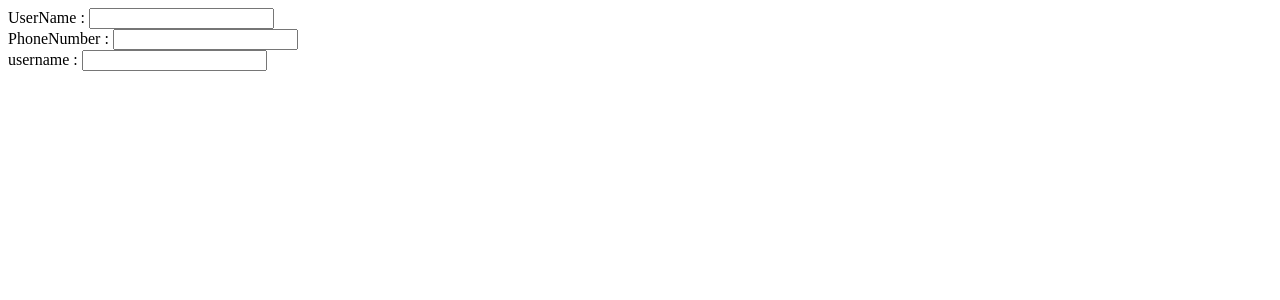
Repository: manikantakuchipudi/streamvedio
Page: http://localhost/CostEstimator/jsp/checkoutpage.jsp
The author's editor kept a copy of each file at every save. The page is drawn from the files as they stood at one save, then again after the next save.
The browser window is 1280 px wide. The pictures show the whole page.
The page is served by Tomcat 9. Other server files are loaded and not shown.

Above is the page before, as saved 2014-08-10 10:05:24.

### CostEstimator/WebContent/jsp/checkoutpage.jsp
<%@ page language="java" contentType="text/html; charset=ISO-8859-1"
    pageEncoding="ISO-8859-1"%>
<!DOCTYPE html PUBLIC "-//W3C//DTD HTML 4.01 Transitional//EN" "http://www.w3.org/TR/html4/loose.dtd">
<html>
<head>
<meta http-equiv="Content-Type" content="text/html; charset=ISO-8859-1">
<title>Insert title here</title>
</head>
<body>


<form>

<div>

<span> UserName :</span>
<input type ="text">
</div>

<div>

<span> PhoneNumber :</span>
<input type ="text">
</div>


<div>

<span> username :</span>
<input type ="text">
</div>




</form>

</body>
</html>

After the next save:
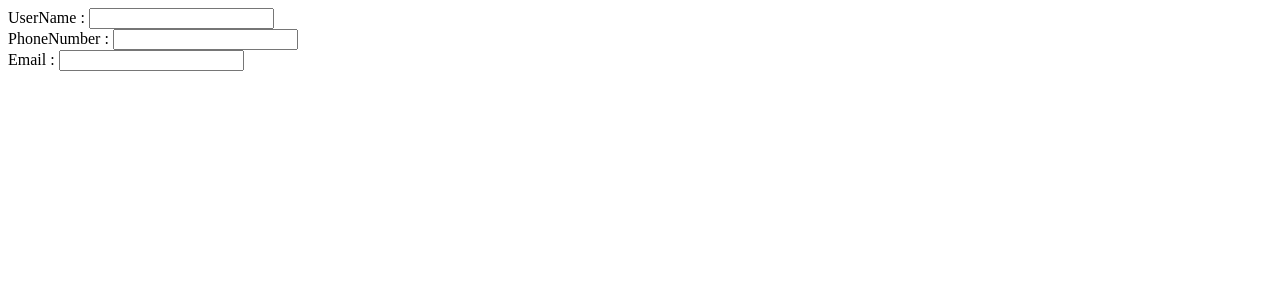
Saved 5 s later.
--- a/CostEstimator/WebContent/jsp/checkoutpage.jsp
+++ b/CostEstimator/WebContent/jsp/checkoutpage.jsp
@@ -26,7 +26,7 @@
 
 <div>
 
-<span> username :</span>
+<span> Email :</span>
 <input type ="text">
 </div>
 
